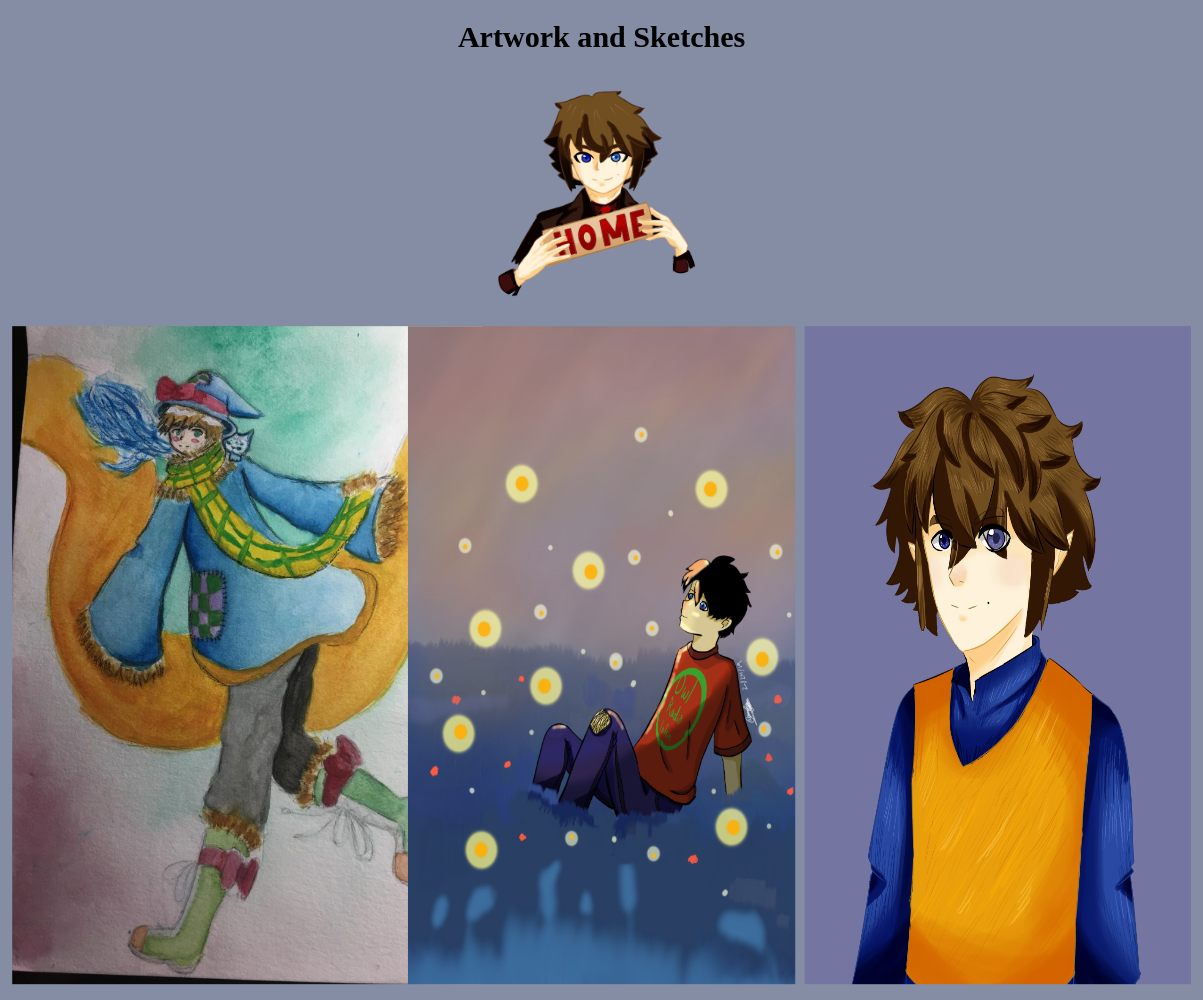
Repository: MaiJun21/MaiJun21.github.io
Page: drawings and artwork.html
The author's editor kept a record of every edit. The page is drawn from the files as they stood at one moment, then again after the next edit.
The browser window is 1280 px wide. The pictures show the whole page, at 94% of full size.

Above is the page before.

### drawings and artwork.html
<!DOCTYPE html>
<html>
     <style>
    body{
        background-image: url('images/bg.png');
    }
    </style>
<head>
<title>Page Title</title>
</head>

<center>
<body>

<h1 style="text-align:center;">Artwork and Sketches</h1>
<a href="index.html"> <img src="icons/ladon_home.png" width="260" height="240" alt="Home Page"></a>
<br>
<br>

<style>
* {
  box-sizing: border-box;
}

.column {
  float: left;
  width: 33.33%;
  padding: 5px;
}

/* Clearfix (clear floats) */
.row::after {
  content: "";
  clear: both;
  display: table;
}
</style>
</head>
<body>

<div class="row">
  <div class="column">
    <img src="images/scarecrow_as_wizard.jpg" alt="Drawing of Scarecrow from Wizard of Oz as an rpg magic class" width="500" height="700" style="width:%">
  </div>
  <div class="column">
    <img img src="images/fairy_lights.png" alt="Fairy Lights" width="500" height="700" style="width:100%">

  </div>
  <div class="column">
    <img img src="images/ladon_sprite.png" alt="Ladon" width="500" height="700" style="width:100%">

  </div>
</div>






</body>
</center>
</html>

After the next edit:
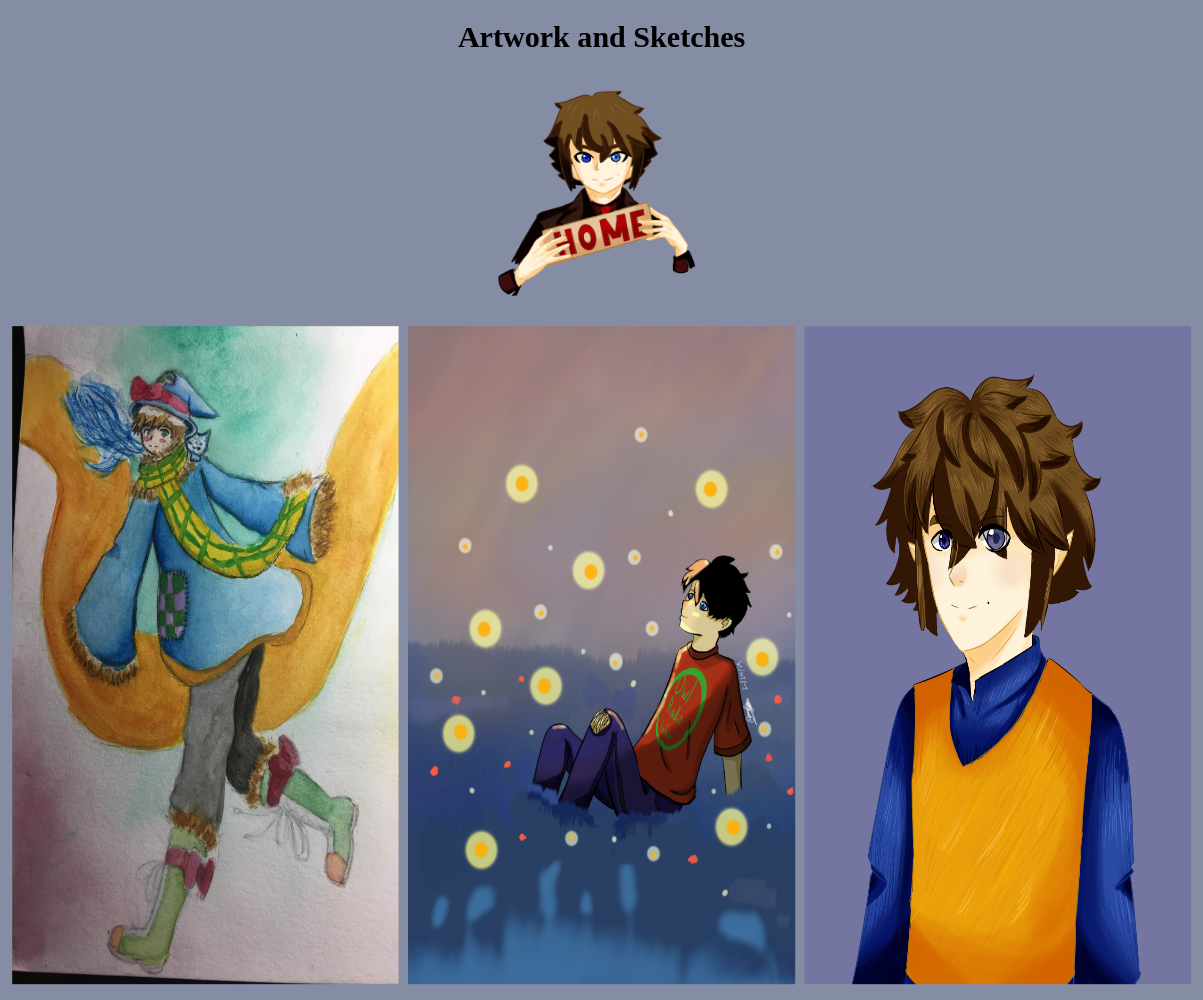
The edit:
--- a/drawings and artwork.html
+++ b/drawings and artwork.html
@@ -40,7 +40,7 @@
 
 <div class="row">
   <div class="column">
-    <img src="images/scarecrow_as_wizard.jpg" alt="Drawing of Scarecrow from Wizard of Oz as an rpg magic class" width="500" height="700" style="width:%">
+    <img src="images/scarecrow_as_wizard.jpg" alt="Drawing of Scarecrow from Wizard of Oz as an rpg magic class" width="500" height="700" style="width:100%">
   </div>
   <div class="column">
     <img img src="images/fairy_lights.png" alt="Fairy Lights" width="500" height="700" style="width:100%">
